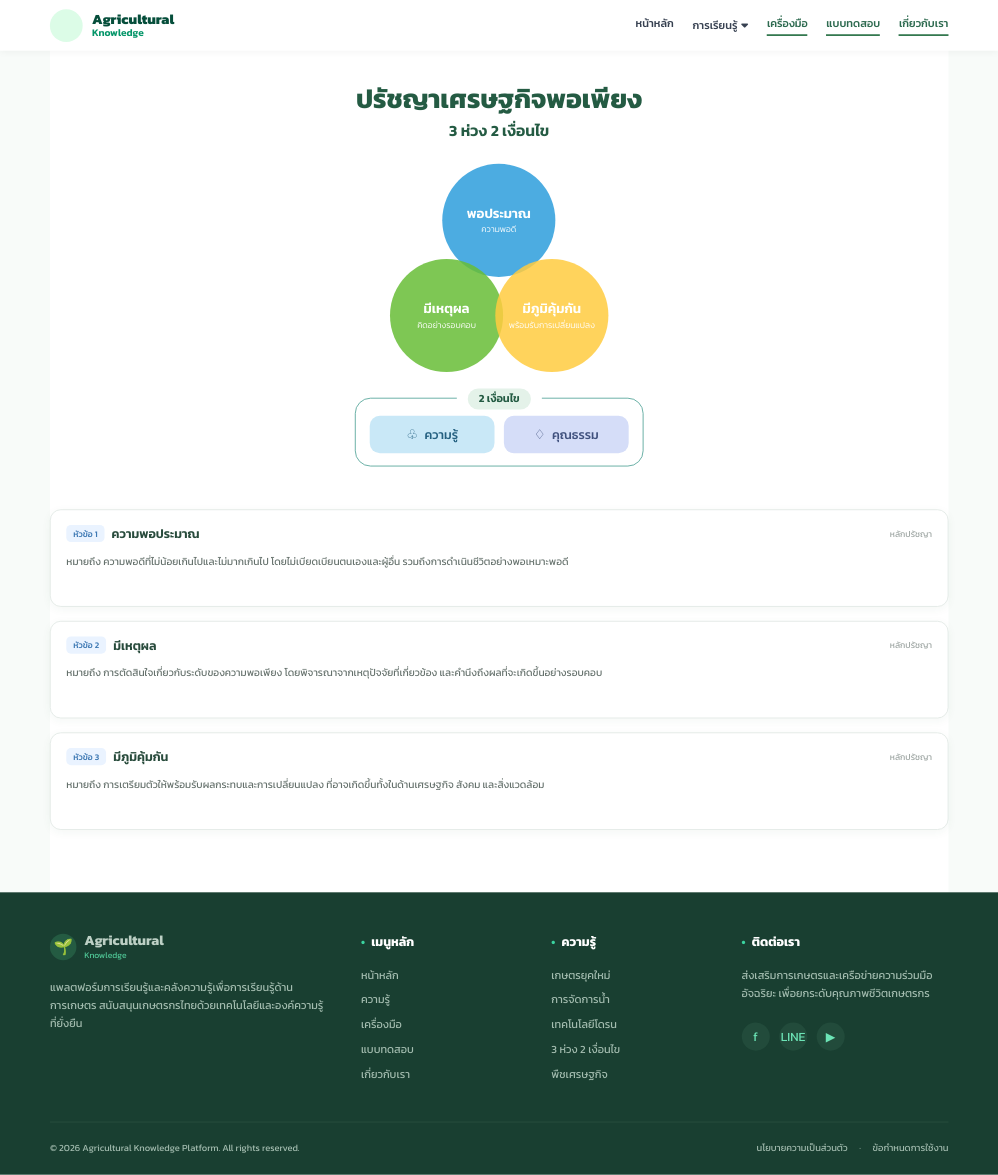
Repository: nuwat-wa/Project-WebdesignAG
Page: ag3.html
The author's editor kept a copy of each file at every save. The page is drawn from the files as they stood at one save, then again after the next save.
The browser window is 1280 px wide. The pictures show the whole page, at 78% of full size.

Above is the page before, as saved 2026-09-30 19:02:56.

### ag3.html
<!doctype html>
<html lang="en">
  <head>
    <meta charset="UTF-8" />
    <meta name="viewport" content="width=device-width, initial-scale=1.0" />
    <title>Agricultural Knowledge</title>
    <link
      rel="stylesheet"
      href="https://cdnjs.cloudflare.com/ajax/libs/font-awesome/6.7.2/css/all.min.css"
    />
    <link rel="stylesheet" href="style/ag3.css" />
  </head>
  <body>
    <header class="header">
      <div class="logo">
        <div class="logo-icon">
          <i class=""></i>
        </div>
        <div class="brand-text">
          <h1 class="title">Agricultural</h1>
          <span class="subtitle">Knowledge</span>
        </div>
      </div>

      <input type="checkbox" id="menu-toggle" class="menu-toggle" />

      <label for="menu-toggle" class="hamburger">
        <span></span>
        <span></span>
        <span></span>
      </label>

      <nav class="nav-links">
        <a href="#">หน้าหลัก</a>

        <div class="dropdown-hover">
          <a href="#" class="dropdown-btn active"
            >การเรียนรู้ <i class="fa-solid fa-caret-down"></i
          ></a>

          <div class="menu-level1">
            <!-- มือใหม่ -->
            <div class="menu-item-has-children">
              <a href="#">มือใหม่ <i class="fa-solid fa-caret-right"></i></a>
              <div class="menu-level2">
                <a href="ag4.html">เกษตรสมัยใหม่</a>
                <a href="ag5.html">ปลูกข้าว</a>
                <a href="ag6.html">พืชสวน</a>
                <a href="ag7.html">พืชไร่</a>
                <a href="ag8.html">ปลูกผัก</a>
                <a href="ag9.html">การเตรียมดิน</a>
                <a href="#">การเลือกปุ๋ย</a>
                <a href="#">โรคศัตรูพืช</a>
              </div>
            </div>

            <!-- ผู้มีพื้นฐาน -->
            <div class="menu-item-has-children">
              <a href="#"
                >ผู้มีพื้นฐาน <i class="fa-solid fa-caret-right"></i
              ></a>
              <div class="menu-level2">
                <a href="#">เทคโนโลยีการเกษตร</a>
                <a href="#">การวางแผนการผลิต</a>
                <a href="#">AI / Big Data</a>
                <a href="ag10.html">ระบบน้ำอัจฉริยะ</a>
                <a href="#">การจัดการต้นทุน</a>
              </div>
            </div>

            <a href="ag3.html">หลักการพอเพียง</a>
            <a href="#">เรื่องเล่า</a>
            <a href="#">บทความ</a>

          </div>
        </div>

        <a href="#" class="active">เครื่องมือ</a>
        <a href="#" class="active">แบบทดสอบ</a>
        <a href="ag2.html" class="active">เกี่ยวกับเรา</a>
      </nav>
    </header>

    <main class="page">
      <!-- Title -->
      <section class="intro">
        <h1>ปรัชญาเศรษฐกิจพอเพียง</h1>

        <h2>3 ห่วง 2 เงื่อนไข</h2>

        <!-- Venn Diagram-->
        <div class="venn">
          <div class="circle circle-top">
            <strong>พอประมาณ</strong>
            <span>ความพอดี</span>
          </div>

          <div class="circle circle-left">
            <strong>มีเหตุผล</strong>
            <span>คิดอย่างรอบคอบ</span>
          </div>

          <div class="circle circle-right">
            <strong>มีภูมิคุ้มกัน</strong>
            <span>พร้อมรับการเปลี่ยนแปลง</span>
          </div>
        </div>

        <!-- 2 CONDITIONS -->
        <div class="condition-box">
          <div class="condition-title">
            <span>2 เงื่อนไข</span>
          </div>

          <div class="condition-buttons">
            <div class="condition-btn knowledge">
              <span>♧</span>
              ความรู้
            </div>

            <div class="condition-btn morality">
              <span>♢</span>
              คุณธรรม
            </div>
          </div>
        </div>
      </section>

      <section class="content-list">
        <!-- Card 1 -->
        <article class="content-card">
          <div class="card-header">
            <div>
              <span class="chapter">หัวข้อ 1</span>

              <strong>ความพอประมาณ</strong>
            </div>

            <span class="category"> หลักปรัชญา </span>
          </div>

          <p>
            หมายถึง ความพอดีที่ไม่น้อยเกินไปและไม่มากเกินไป
            โดยไม่เบียดเบียนตนเองและผู้อื่น รวมถึงการดำเนินชีวิตอย่างพอเหมาะพอดี
          </p>
        </article>

        <!-- Card 2 -->
        <article class="content-card">
          <div class="card-header">
            <div>
              <span class="chapter">หัวข้อ 2</span>

              <strong>มีเหตุผล</strong>
            </div>

            <span class="category"> หลักปรัชญา </span>
          </div>

          <p>
            หมายถึง การตัดสินใจเกี่ยวกับระดับของความพอเพียง
            โดยพิจารณาจากเหตุปัจจัยที่เกี่ยวข้อง
            และคำนึงถึงผลที่จะเกิดขึ้นอย่างรอบคอบ
          </p>
        </article>

        <!-- Card 3 -->
        <article class="content-card">
          <div class="card-header">
            <div>
              <span class="chapter">หัวข้อ 3</span>

              <strong>มีภูมิคุ้มกัน</strong>
            </div>

            <span class="category"> หลักปรัชญา </span>
          </div>

          <p>
            หมายถึง การเตรียมตัวให้พร้อมรับผลกระทบและการเปลี่ยนแปลง
            ที่อาจเกิดขึ้นทั้งในด้านเศรษฐกิจ สังคม และสิ่งแวดล้อม
          </p>
        </article>
      </section>
    </main>

    <footer class="site-footer">
      <div class="footer-top">
        <div class="footer-about">
          <div class="footer-logo">
            <span class="footer-logo-icon">🌱</span>

            <div>
              <strong>Agricultural</strong>
              <small>Knowledge</small>
            </div>
          </div>

          <p>
            แพลตฟอร์มการเรียนรู้และคลังความรู้เพื่อการเรียนรู้ด้านการเกษตร
            สนับสนุนเกษตรกรไทยด้วยเทคโนโลยีและองค์ความรู้ที่ยั่งยืน
          </p>
        </div>

        <!-- เมนูหลัก -->
        <div class="footer-column">
          <h3>เมนูหลัก</h3>

          <ul>
            <li><a href="home.html">หน้าหลัก</a></li>
            <li><a href="knowledge.html">ความรู้</a></li>
            <li><a href="tools.html">เครื่องมือ</a></li>
            <li><a href="quiz.html">แบบทดสอบ</a></li>
            <li><a href="about.html">เกี่ยวกับเรา</a></li>
          </ul>
        </div>

        <!-- หมวดความรู้ -->
        <div class="footer-column">
          <h3>ความรู้</h3>

          <ul>
            <li><a href="modern-farming.html">เกษตรยุคใหม่</a></li>
            <li><a href="water.html">การจัดการน้ำ</a></li>
            <li><a href="drone.html">เทคโนโลยีโดรน</a></li>
            <li><a href="sufficiency.html">3 ห่วง 2 เงื่อนไข</a></li>
            <li><a href="crops.html">พืชเศรษฐกิจ</a></li>
          </ul>
        </div>

        <!-- ติดต่อ -->
        <div class="footer-contact">
          <h3>ติดต่อเรา</h3>

          <p>
            ส่งเสริมการเกษตรและเครือข่ายความร่วมมืออัจฉริยะ
            เพื่อยกระดับคุณภาพชีวิตเกษตรกร
          </p>

          <!-- ใส่ URL ของช่องทางจริงใน href -->
          <div class="footer-social">
            <a href="#" aria-label="Facebook">f</a>
            <a href="#" class="social-line" aria-label="LINE">LINE</a>
            <a href="#" aria-label="YouTube">▶</a>
          </div>
        </div>
      </div>

      <!-- ส่วนล่าง -->
      <div class="footer-bottom">
        <p>© 2026 Agricultural Knowledge Platform. All rights reserved.</p>

        <div class="footer-policy">
          <a href="privacy.html">นโยบายความเป็นส่วนตัว</a>
          <span>·</span>
          <a href="terms.html">ข้อกำหนดการใช้งาน</a>
        </div>
      </div>
    </footer>

  </body>
</html>

### style/ag3.css
@import url("https://fonts.googleapis.com/css2?family=Kanit:wght@300;400;500;600;700;800&display=swap");

* {
  margin: 0;
  padding: 0;
  box-sizing: border-box;
  font-family: "Kanit", sans-serif;
}

html {
  scroll-behavior: smooth;
  scrollbar-width: none;
}

html::-webkit-scrollbar {
  display: none;
}

body {
  background: #f8fbf9;
  overflow-x: hidden;
}

/* header */
.header {
  position: fixed;
  top: 0;
  left: 0;
  z-index: 1000;
  width: 100%;
  height: 65px;
  padding: 0 5%;
  background: #fff;
  display: flex;
  align-items: center;
  justify-content: space-between;
  box-shadow: 0 2px 10px rgba(0, 0, 0, 0.05);
}

.logo {
  display: flex;
  align-items: center;
  gap: 12px;
}

.logo-icon {
  width: 42px;
  height: 42px;
  border-radius: 50%;
  background: #dcfce7;
  color: #15803d;
  display: flex;
  align-items: center;
  justify-content: center;
  font-size: 18px;
}

.brand-text {
  display: flex;
  flex-direction: column;
}

.title {
  font-size: 18px;
  font-weight: 800;
  color: #064e3b;
  line-height: 0.95;
}

.subtitle {
  margin-top: 2px;
  color: #059669;
  font-size: 13px;
  font-weight: 600;
  line-height: 1.1;
}

/* navigation */
.nav-links {
  display: flex;
  align-items: center;
}

.nav-links > a,
.dropdown-btn {
  display: inline-flex;
  align-items: center;
  gap: 5px;
  margin-left: 24px;
  padding-bottom: 4px;
  color: #374151;
  text-decoration: none;
  font-size: 14px;
  font-weight: 500;
  transition: 0.2s;
}

.nav-links > a:hover,
.nav-links > a.active,
.dropdown-btn:hover {
  color: #2d6a4f;
  border-bottom: 2px solid #196738;
}

/* dropdown */
.dropdown-hover {
  position: relative;
}

.menu-level1,
.menu-level2 {
  position: absolute;
  display: none;
  min-width: 180px;
  padding: 0;
  background: #fff;
  border-radius: 8px;
  box-shadow: 0 4px 12px rgba(0, 0, 0, 0.15);
}

.menu-level1 {
  top: 100%;
  left: 0;
  border-left: 4px solid #2d6a4f;
}

.menu-level2 {
  top: 0;
  left: 100%;
  border-left: 4px solid #28a745;
}

.dropdown-hover:hover > .menu-level1,
.menu-item-has-children:hover > .menu-level2 {
  display: block;
}

.menu-item-has-children {
  position: relative;
}

.menu-level1 a,
.menu-level2 a {
  width: 100%;
  margin: 0;
  padding: 10px 20px;
  display: flex;
  align-items: center;
  justify-content: space-between;
  color: #333;
  text-decoration: none;
  border-radius: 8px;
}

.menu-level1 a:hover,
.menu-level2 a:hover {
  background: #f0f4f8;
  color: #2d6a4f;
}

/* mobile menu */
.menu-toggle {
  display: none;
}

.hamburger {
  display: none;
}

/* main */
.page {
  width: 90%;
  max-width: none;
  min-height: 100vh;
  margin: 0 5%;
  padding: 105px 0 80px;
  background: #fff;
}

/* intro */
.intro {
  text-align: center;
}

.intro h1 {
  color: #245b43;
  font-size: 34px;
  font-weight: 700;
  line-height: 1.25;
}

.intro h2 {
  margin-top: 4px;
  color: #245b43;
  font-size: 20px;
  font-weight: 600;
}

/* venn diagram */
.venn {
  position: relative;
  width: 320px;
  height: 285px;
  margin: 28px auto 15px;
}

.circle {
  position: absolute;
  width: 145px;
  height: 145px;
  border-radius: 50%;
  display: flex;
  flex-direction: column;
  align-items: center;
  justify-content: center;
  text-align: center;
  color: #fff;
  line-height: 1.25;
  z-index: 1;
}

.circle strong {
  font-size: 17px;
  font-weight: 600;
}

.circle span {
  margin-top: 4px;
  padding: 0 8px;
  font-size: 11px;
  font-weight: 300;
}

.circle-top {
  top: 0;
  left: 87px;
  background: rgba(45, 158, 220, 0.85);
}

.circle-left {
  left: 20px;
  bottom: 18px;
  background: rgba(104, 190, 55, 0.85);
  z-index: 2;
}

.circle-right {
  right: 20px;
  bottom: 18px;
  background: rgba(255, 204, 64, 0.85);
  z-index: 2;
}

/* conditions */
.condition-box {
  position: relative;
  width: 370px;
  margin: 5px auto 0;
  padding: 22px 18px 16px;
  border: 1.5px solid #429b8e;
  border-radius: 20px;
  background: #fff;
}

.condition-title {
  position: absolute;
  top: -13px;
  left: 50%;
  transform: translateX(-50%);
  padding: 0 14px;
  background: #fff;
  white-space: nowrap;
  color: #245b43;
  font-size: 14px;
  font-weight: 600;
}

.condition-title span {
  display: inline-block;
  padding: 3px 14px;
  background: #e4f2e9;
  border-radius: 14px;
}

.condition-buttons {
  display: flex;
  gap: 12px;
}

.condition-btn {
  flex: 1;
  height: 48px;
  display: flex;
  align-items: center;
  justify-content: center;
  gap: 8px;
  border-radius: 13px;
  font-size: 16px;
  font-weight: 500;
}

.condition-btn span {
  font-size: 17px;
}

.knowledge {
  background: #c9e8f7;
  color: #246080;
}

.morality {
  background: #d5ddf8;
  color: #40517e;
}

/* content */
.content-list {
  width: 100%;
  margin-top: 55px;
  display: flex;
  flex-direction: column;
  gap: 18px;
}

.content-card {
  width: 100%;
  min-height: 125px;
  padding: 18px 20px 19px;
  border: 1px solid #dfe7e3;
  border-radius: 14px;
  background: #fff;
  box-shadow: 0 3px 12px rgba(36, 91, 67, 0.05);
  transition: 0.2s;
}

.content-card:hover {
  transform: translateY(-2px);
  box-shadow: 0 8px 22px rgba(36, 91, 67, 0.09);
}

.card-header {
  display: flex;
  align-items: center;
  justify-content: space-between;
  gap: 15px;
}

.card-header > div {
  display: flex;
  align-items: center;
  gap: 9px;
}

.chapter {
  padding: 3px 9px;
  background: #eaf3ff;
  color: #3d78b3;
  border-radius: 6px;
  font-size: 11px;
  font-weight: 500;
  white-space: nowrap;
}

.card-header strong {
  color: #284b3c;
  font-size: 16px;
  font-weight: 600;
}

.category {
  color: #9ba3a0;
  font-size: 11px;
  white-space: nowrap;
}

.content-card p {
  margin-top: 12px;
  color: #65716c;
  font-size: 13px;
  line-height: 1.8;
  text-align: left;
}

/* footer */
.site-footer {
  width: 100%;
  padding: 50px 5% 25px;
  background: #193f31;
  color: #a4bdb0;
  font-size: 14px;
  line-height: 1.7;
}

.site-footer a {
  color: #a4bdb0;
  text-decoration: none;
}

.site-footer a:hover {
  color: #65dfb0;
}

.footer-top,
.footer-bottom {
  width: 100%;
  margin-left: 0;
  margin-right: 0;
}

.footer-top {
  display: flex;
  justify-content: space-between;
  gap: 45px;
}

.footer-about {
  flex: 1.6;
  min-width: 0;
}

.footer-column {
  flex: 0.9;
  min-width: 0;
}

.footer-contact {
  flex: 1.2;
  min-width: 0;
}

.footer-logo {
  display: flex;
  align-items: center;
  gap: 10px;
  margin-bottom: 20px;
}

.footer-logo-icon {
  width: 34px;
  height: 34px;
  border-radius: 50%;
  background: #245b42;
  display: flex;
  align-items: center;
  justify-content: center;
  font-size: 20px;
}

.footer-logo strong {
  display: block;
  color: #bdd0c5;
  font-size: 18px;
  line-height: 1.2;
}

.footer-logo small {
  display: block;
  color: #50c998;
  font-size: 11px;
}

.site-footer h3 {
  margin-bottom: 18px;
  color: #fff;
  font-size: 16px;
}

.site-footer h3::before {
  content: "•";
  margin-right: 8px;
  color: #3bd4a0;
}

.site-footer ul {
  padding: 0;
  list-style: none;
}

.site-footer li {
  margin-bottom: 8px;
}

.footer-social {
  display: flex;
  gap: 12px;
  margin-top: 25px;
}

.footer-social a {
  width: 36px;
  height: 36px;
  border-radius: 50%;
  background: #224b3b;
  color: #6ce4b6 !important;
  display: flex;
  align-items: center;
  justify-content: center;
  font-size: 16px;
}

.footer-social a:hover {
  background: #30634e;
}

.footer-bottom {
  display: flex;
  align-items: center;
  justify-content: space-between;
  gap: 20px;
  margin-top: 40px;
  padding-top: 22px;
  border-top: 1px solid #2b5140;
  font-size: 12px;
}

.footer-policy {
  display: flex;
  gap: 15px;
}

/* tablet */
@media (max-width: 992px) {
  .hamburger {
    display: flex;
    width: 30px;
    height: 24px;
    cursor: pointer;
    flex-direction: column;
    justify-content: space-between;
  }

  .hamburger span {
    width: 100%;
    height: 3px;
    border-radius: 3px;
    background: #194028;
  }

  .nav-links {
    position: absolute;
    top: 65px;
    left: 0;
    width: 100%;
    padding: 15px 5%;
    background: #fff;
    display: none;
    flex-direction: column;
    align-items: stretch;
    box-shadow: 0 5px 10px rgba(0, 0, 0, 0.08);
  }

  .menu-toggle:checked ~ .nav-links {
    display: flex;
  }

  .nav-links > a,
  .dropdown-btn {
    width: 100%;
    margin: 0;
    padding: 12px 5px;
  }

  .dropdown-hover {
    width: 100%;
  }

  .menu-level1,
  .menu-level2 {
    position: static;
    width: 100%;
    min-width: 0;
    border-radius: 0;
    box-shadow: none;
  }

  .menu-level1 {
    border-left: 3px solid #2d6a4f;
    background: #f8faf9;
  }

  .menu-level2 {
    border-left: 3px solid #28a745;
  }

  .dropdown-hover:hover > .menu-level1,
  .menu-item-has-children:hover > .menu-level2 {
    display: block;
  }

  .page {
    padding-top: 100px;
  }

  .intro h1 {
    font-size: 31px;
  }
}

/* mobile */
@media (max-width: 768px) {
  .header {
    height: 60px;
  }

  .nav-links {
    top: 60px;
  }

  .page {
    width: 90%;
    margin: 0 5%;
    padding: 90px 0 60px;
  }

  .intro h1 {
    font-size: 28px;
  }

  .intro h2 {
    font-size: 18px;
  }

  .venn {
    width: 300px;
    height: 270px;
    transform: scale(0.92);
    margin-top: 25px;
    margin-bottom: 5px;
  }

  .condition-box {
    width: 350px;
    max-width: 100%;
  }

  .content-list {
    margin-top: 45px;
  }

  .content-card {
    min-height: 115px;
  }

  .footer-top {
    flex-wrap: wrap;
    gap: 30px;
  }

  .footer-about,
  .footer-column,
  .footer-contact {
    flex: 1 1 45%;
  }

  .footer-bottom {
    flex-direction: column;
    align-items: flex-start;
  }
}

/* small mobile */
@media (max-width: 480px) {
  .header {
    height: 58px;
    padding: 0 5%;
  }

  .nav-links {
    top: 58px;
    padding-left: 5%;
    padding-right: 5%;
  }

  .logo-icon {
    width: 34px;
    height: 34px;
  }

  .title {
    font-size: 15px;
  }

  .subtitle {
    font-size: 10px;
  }

  .page {
    width: 90%;
    margin: 0 5%;
    padding: 88px 0 50px;
  }

  .intro h1 {
    font-size: 23px;
  }

  .intro h2 {
    font-size: 16px;
  }

  .venn {
    width: 280px;
    height: 250px;
    transform: scale(0.82);
    margin-top: 15px;
    margin-bottom: -5px;
  }

  .condition-box {
    width: 100%;
    max-width: 330px;
    padding: 20px 12px 14px;
  }

  .condition-btn {
    height: 44px;
    font-size: 14px;
  }

  .content-list {
    margin-top: 40px;
    gap: 14px;
  }

  .content-card {
    min-height: auto;
    padding: 15px 16px 17px;
    border-radius: 12px;
  }

  .card-header {
    align-items: flex-start;
  }

  .card-header > div {
    flex-wrap: wrap;
  }

  .card-header strong {
    font-size: 14px;
  }

  .chapter {
    font-size: 10px;
  }

  .category {
    font-size: 9px;
  }

  .content-card p {
    margin-top: 9px;
    font-size: 12px;
    line-height: 1.7;
  }

  .footer-top {
    flex-direction: column;
  }

  .footer-about,
  .footer-column,
  .footer-contact {
    flex: 1 1 100%;
  }

  .site-footer {
    padding: 30px 5% 18px;
    font-size: 12px;
  }

  .footer-bottom {
    align-items: flex-start;
    margin-top: 28px;
    padding-top: 18px;
    font-size: 11px;
  }

  .footer-policy {
    flex-wrap: wrap;
    gap: 10px;
  }
}

/* extra small */
@media (max-width: 360px) {
  .intro h1 {
    font-size: 21px;
  }

  .venn {
    transform: scale(0.75);
    margin-top: 5px;
    margin-bottom: -15px;
  }

  .condition-box {
    max-width: 300px;
  }

  .condition-btn {
    font-size: 13px;
  }

  .content-card {
    padding: 14px;
  }

  .card-header strong {
    font-size: 13px;
  }

  .content-card p {
    font-size: 11px;
  }
}

After the next save:
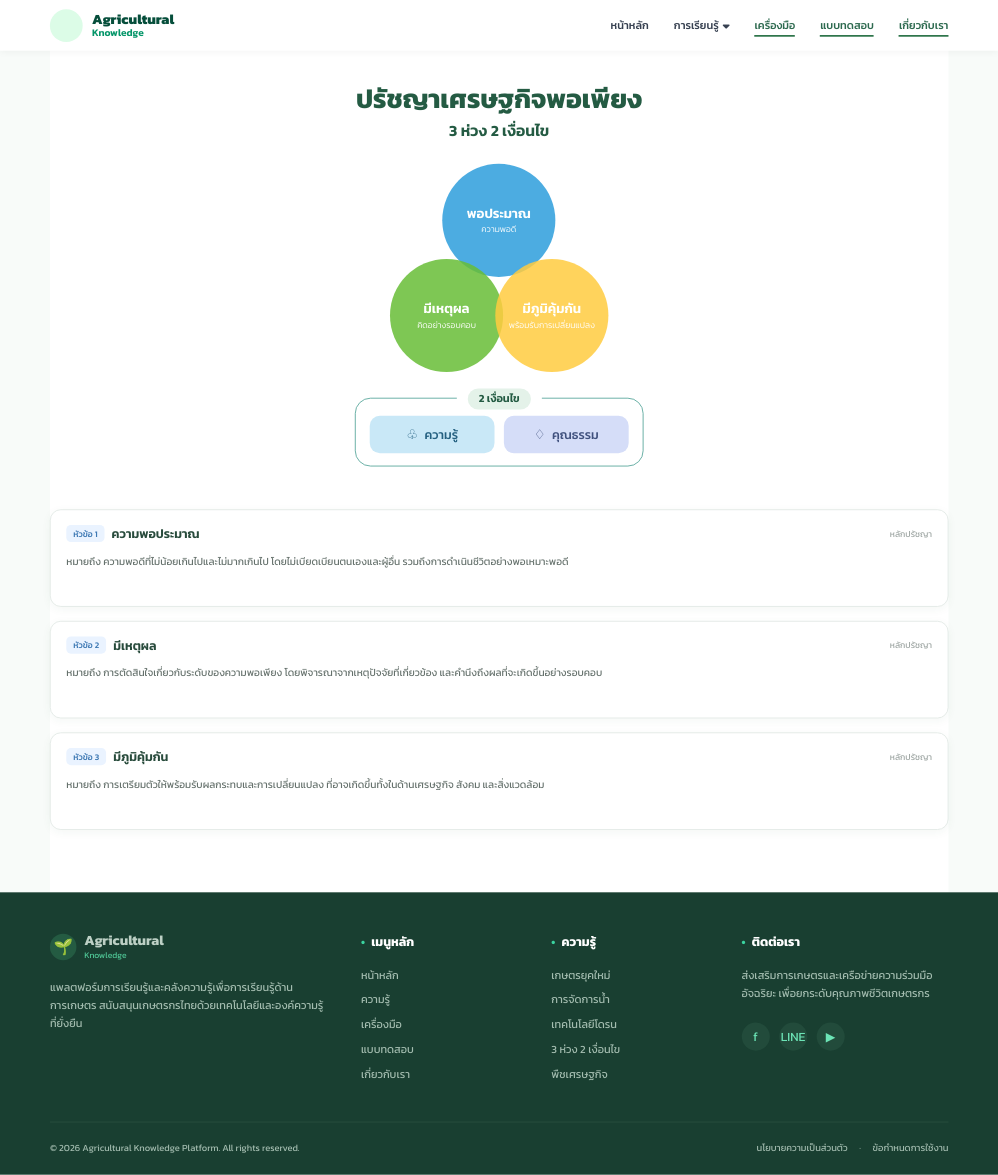
Saved 15 s later.
--- a/style/ag3.css
+++ b/style/ag3.css
@@ -61,9 +61,9 @@ body {
 }
 
 .title {
+  color: #064e3b;
   font-size: 18px;
   font-weight: 800;
-  color: #064e3b;
   line-height: 0.95;
 }
 
@@ -75,31 +75,60 @@ body {
   line-height: 1.1;
 }
 
-/* navigation */
+/* nav */
 .nav-links {
-  display: flex;
-  align-items: center;
+  display: grid;
+  grid-template-columns: repeat(5, auto);
+  align-items: center;
+  justify-content: end;
+  gap: 32px;
 }
 
 .nav-links > a,
 .dropdown-btn {
+  position: relative;
   display: inline-flex;
   align-items: center;
+  justify-content: center;
   gap: 5px;
-  margin-left: 24px;
-  padding-bottom: 4px;
+  margin: 0;
+  padding: 4px 0;
+  border: 0;
+  background: none;
   color: #374151;
   text-decoration: none;
+  font-family: "Kanit", sans-serif;
   font-size: 14px;
   font-weight: 500;
-  transition: 0.2s;
+  white-space: nowrap;
+  cursor: pointer;
+  transition: color 0.2s;
+}
+
+.nav-links > a::after,
+.dropdown-btn::after {
+  content: "";
+  position: absolute;
+  left: 0;
+  bottom: 0;
+  width: 100%;
+  height: 2px;
+  background: #196738;
+  transform: scaleX(0);
+  transform-origin: center;
+  transition: transform 0.2s ease;
 }
 
 .nav-links > a:hover,
 .nav-links > a.active,
 .dropdown-btn:hover {
   color: #2d6a4f;
-  border-bottom: 2px solid #196738;
+}
+
+.nav-links > a:hover::after,
+.nav-links > a.active::after,
+.dropdown-btn:hover::after {
+  transform: scaleX(1);
 }
 
 /* dropdown */
